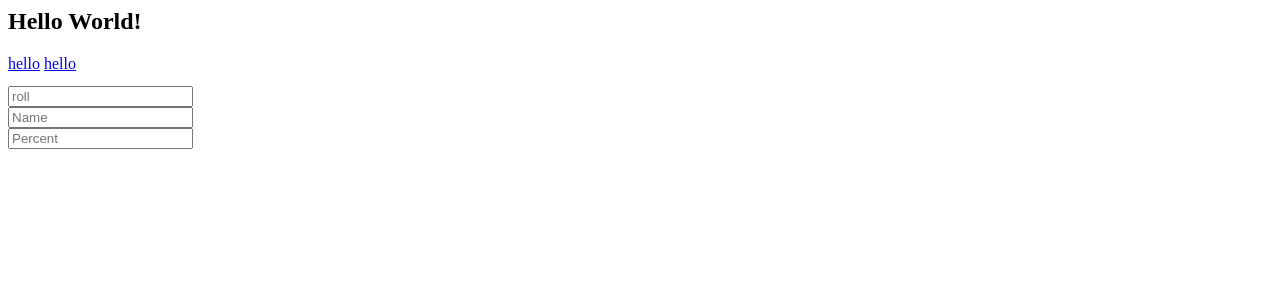
Repository: yogesh8rajput/Spring_MVC
Page: http://localhost/Spring_Web/
An editor plug-in stored every save of this project. The page is shown before and after the next save, followed by the edit.
The browser window is 1280 px wide. The pictures show the whole page.
The page is served by Tomcat 9. Other server files are loaded and not shown.

Above is the page before, as saved 2024-11-27 11:45:52.

### Spring_Web/src/main/webapp/index.jsp
<html>
<body>
<h2>Hello World!</h2>
<a href="one" >hello</a>
<a href="one2" >hello</a>

<from>
<pre>
<input type="text" placeholder="roll" name="roll">
<input type="text" placeholder="Name" name="name">
<input type="text" placeholder="Percent" name="per">
</pre>
</from>
</body>
</html>

After the next save:
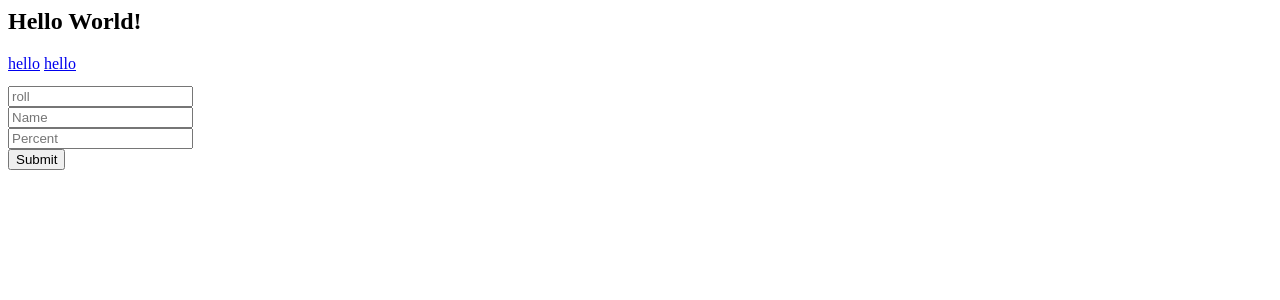
Saved 17 s later.
--- a/Spring_Web/src/main/webapp/index.jsp
+++ b/Spring_Web/src/main/webapp/index.jsp
@@ -9,6 +9,7 @@
 <input type="text" placeholder="roll" name="roll">
 <input type="text" placeholder="Name" name="name">
 <input type="text" placeholder="Percent" name="per">
+<input type="submit" placeholder="value">
 </pre>
 </from>
 </body>
